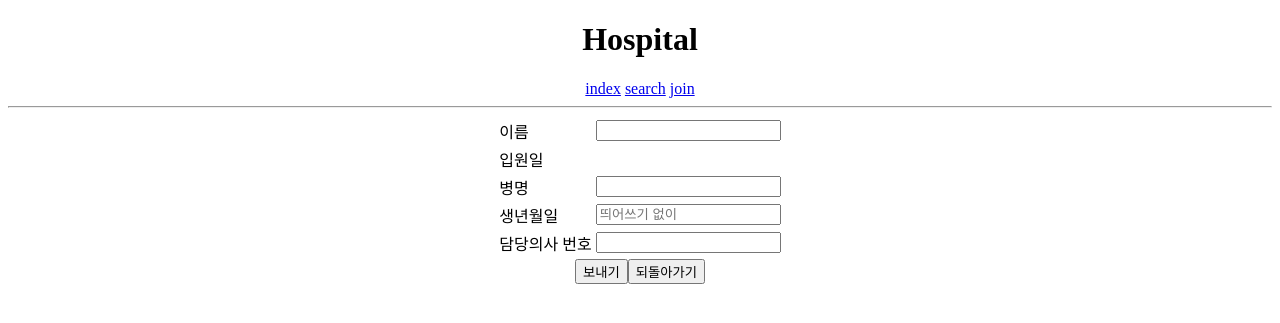
Repository: kimgh06/jsp_teamwork
Page: http://localhost/hospital/join.jsp
These files come from the project's save history. The page is drawn as it stood at one moment and after the next save; the edit follows.
The browser window is 1280 px wide. The pictures show the whole page.
The page is served by Tomcat 9. Other server files are loaded and not shown.

Above is the page before, as saved 2023-06-14 02:02:13.

### hospital/src/main/webapp/join.jsp
<%@ page language="java" contentType="text/html; charset=EUC-KR"
    pageEncoding="EUC-KR"%>
<!DOCTYPE html>
<html>
<head>
<meta charset="EUC-KR">
<title>Insert title here</title>
</head>
<body>
<jsp:include page="./header.jsp"></jsp:include>
<form method="post" action="action.jsp" name="frm" style="display: flex; justify-content: center; align-items: center">
<table>
	<tr><td>이름</td><td><input name="name"/></td></tr>
	<tr><td>입원일</td><td><inputplaceholder="띄어쓰기 없이" name="clinicdate"/></td></tr>
	<tr><td>병명</td><td><input name="reason"/></td></tr>
	<tr><td>생년월일</td><td><input placeholder="띄어쓰기 없이" name="birthday"/></td></tr>
	<tr><td>담당의사 번호</td><td><input name="doctornum"/></td></tr>
	<tr><td colspan="2" style='text-align: center'><input type="button" value="보내기"><input type="button" value="되돌아가기"></td></tr>
</table>
</form>
</html>

### hospital/src/main/webapp/header.jsp
<%@ page language="java" contentType="text/html; charset=EUC-KR"
    pageEncoding="EUC-KR"%>
<!DOCTYPE html>
<html>
<head>
<meta charset="EUC-KR">
<title>Hospital</title>
</head>
<body>
<header style="text-align:center">
<h1>Hospital</h1>
<a href="./index.jsp">index</a>
<a href="./search.jsp">search</a>
<a href="./join.jsp">join</a>
<hr>
</header>
</body>
</html>

After the next save:
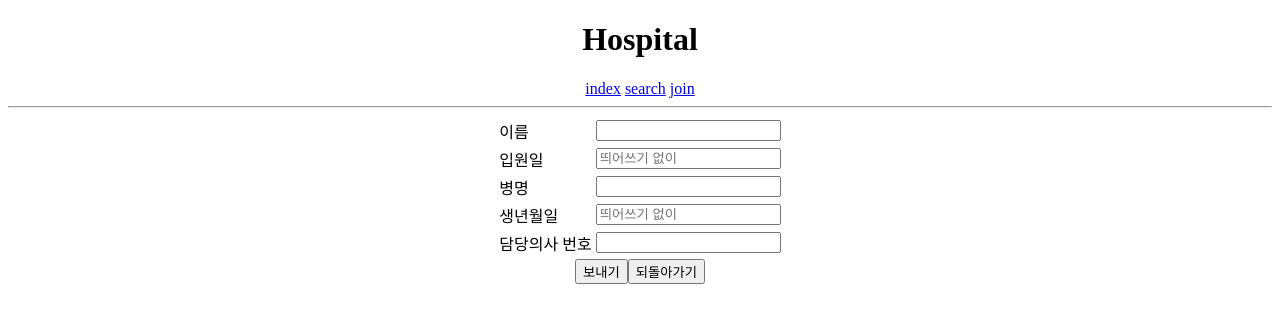
Saved 12 s later.
--- a/hospital/src/main/webapp/join.jsp
+++ b/hospital/src/main/webapp/join.jsp
@@ -11,7 +11,7 @@
 <form method="post" action="action.jsp" name="frm" style="display: flex; justify-content: center; align-items: center">
 <table>
 	<tr><td>이름</td><td><input name="name"/></td></tr>
-	<tr><td>입원일</td><td><inputplaceholder="띄어쓰기 없이" name="clinicdate"/></td></tr>
+	<tr><td>입원일</td><td><input placeholder="띄어쓰기 없이" name="clinicdate"/></td></tr>
 	<tr><td>병명</td><td><input name="reason"/></td></tr>
 	<tr><td>생년월일</td><td><input placeholder="띄어쓰기 없이" name="birthday"/></td></tr>
 	<tr><td>담당의사 번호</td><td><input name="doctornum"/></td></tr>
